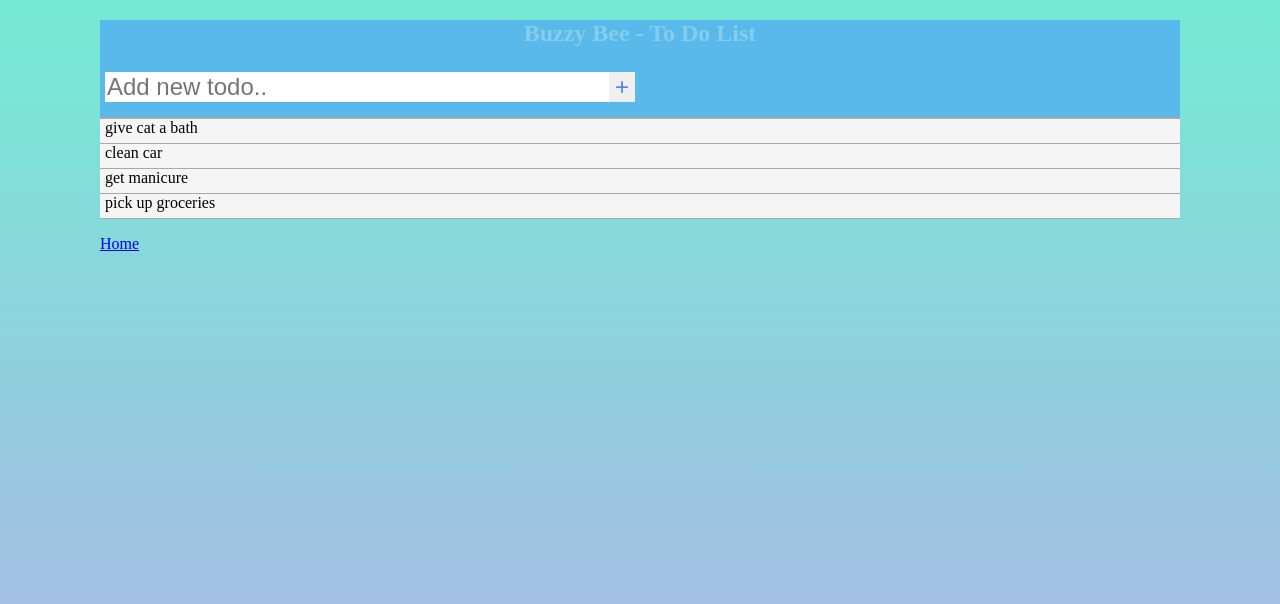
Repository: seleniadelgado/backend-spring2020-angie
Page: projects/todo/public_html/index.html
An editor plug-in stored every save of this project. The page is shown before and after the next save, followed by the edit.
The browser window is 1280 px wide. The pictures show the whole page.
The page's requests for data from a server got no answer.

Above is the page before, as saved 2020-05-12 20:22:32.

After the next save:
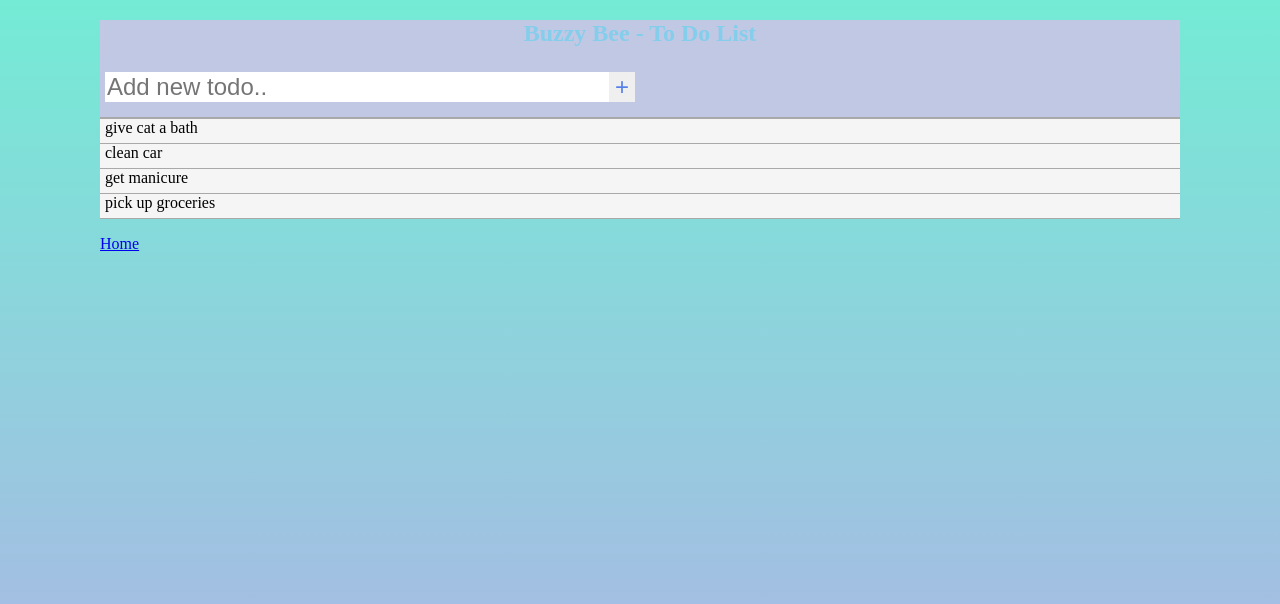
Saved 32 s later.
--- a/projects/todo/public_html/styles.css
+++ b/projects/todo/public_html/styles.css
@@ -10,7 +10,7 @@ body {
 }
 
 .sectionTitle {
-    background-color: #59b9ea;
+    background-color: #c1c8e4;
     text-align: center;
     border-bottom: 2px solid darkgray;
 }
